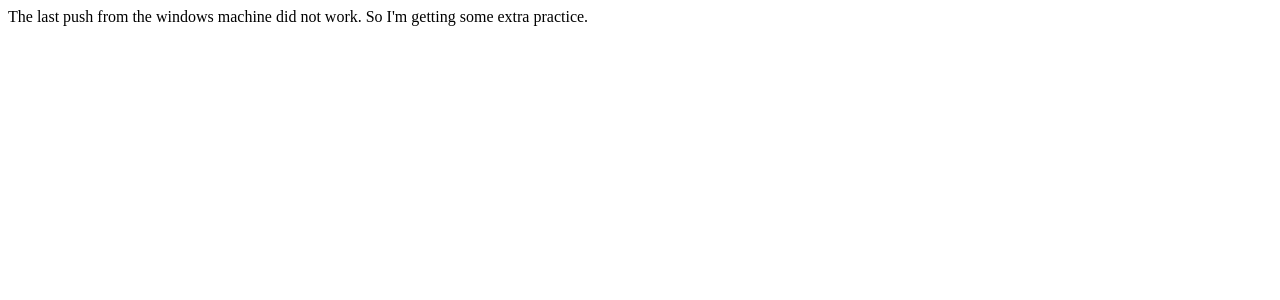
Repository: overbejt/UdemySpringMVC
Page: http://localhost/hello-World/
The author's editor kept a copy of each file at every save. The page is drawn from the files as they stood at one save, then again after the next save.
The browser window is 1280 px wide. The pictures show the whole page.
The page is served by Tomcat 9. Other server files are loaded and not shown.

Above is the page before, as saved 2018-12-25 04:43:17.

### hello-World/src/main/webapp/WEB-INF/views/login.jsp
<%@ page language="java" contentType="text/html; charset=UTF-8"
    pageEncoding="UTF-8"%>
<!DOCTYPE html PUBLIC "-//W3C//DTD HTML 4.01 Transitional//EN" "http://www.w3.org/TR/html4/loose.dtd">
<html>
<head>
<meta http-equiv="Content-Type" content="text/html; charset=UTF-8">
<title>Yahoo!!!!!!!! from JSP</title>
</head>

<body>
The last push from the windows machine did not work.  So I'm getting some extra practice.

<p>
</p>



</body>
</html>

### hello-World/src/main/java/webapp/LoginServlet.java
package webapp;

import java.io.IOException;
import java.io.PrintWriter;

import javax.servlet.ServletException;
import javax.servlet.annotation.WebServlet;
import javax.servlet.http.HttpServlet;
import javax.servlet.http.HttpServletRequest;
import javax.servlet.http.HttpServletResponse;

/*
 * Browser sends Http Request to Web Server
 *
 * Code in Web Server => Input:HttpRequest, Output: HttpResponse
 * JEE with Servlets
 *
 * Web Server responds with Http Response
 */

//Java Platform, Enterprise Edition (Java EE) JEE6

//Servlet is a Java programming language class
//used to extend the capabilities of servers
//that host applications accessed by means of
//a request-response programming model.

//1. extends javax.servlet.http.HttpServlet
//2. @WebServlet(urlPatterns = "/login.do")
//3. doGet(HttpServletRequest request, HttpServletResponse response)
//4. How is the response created?

@WebServlet(urlPatterns = "/login.do")
public class LoginServlet extends HttpServlet {

	@Override
	protected void doGet(HttpServletRequest request, HttpServletResponse response) throws IOException, ServletException {
		//I need to remember this line.  It is critical
		request.getRequestDispatcher("/WEB-INF/views/login.jsp").forward(request, response);

	}

}

After the next save:
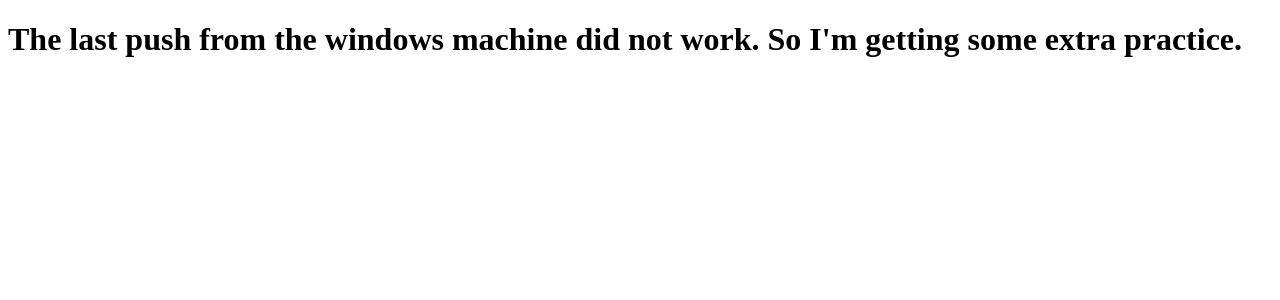
Saved 18 s later.
--- a/hello-World/src/main/webapp/WEB-INF/views/login.jsp
+++ b/hello-World/src/main/webapp/WEB-INF/views/login.jsp
@@ -8,8 +8,8 @@
 </head>
 
 <body>
-The last push from the windows machine did not work.  So I'm getting some extra practice.
-
+<h1>The last push from the windows machine did not work.  So I'm getting some extra practice.
+</h1>
 <p>
 </p>
 
